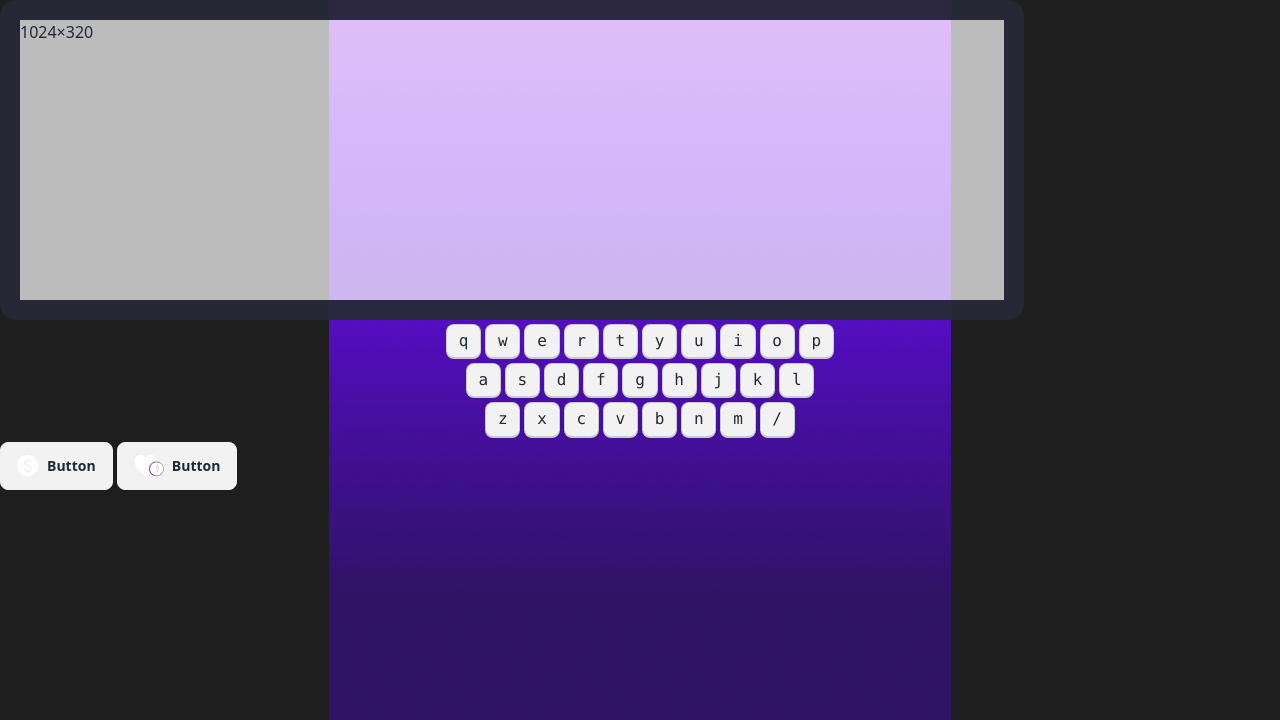
Repository: RudrasahaDibos/Alphabet-clash-
Page: index.html
An editor plug-in stored every save of this project. The page is shown before and after a run of saves, followed by the edit.
The browser window is 1280 px wide. The pictures show the whole page.
Some web fonts or font styles are not loaded; a fallback is used. Some web libraries are served in a nearby version.

Above is the page before, as saved 2024-11-04 12:19:15.

### index.html
<!DOCTYPE html>
<html lang="en">
    <head>
        <meta charset="UTF-8">
        <meta name="viewport" content="width=device-width, initial-scale=1.0">
        <title>Alphabet Clash</title>
        <!-- daisy apa -->
        <link
            href="https://cdn.jsdelivr.net/npm/daisyui@4.12.14/dist/full.min.css"
            rel="stylesheet" type="text/css" />
        <script src="https://cdn.tailwindcss.com"></script>

        <!-- custom css  -->
        <link rel="stylesheet" href="style.css">

    </head>
    <body>
        <main
            class="bg-[#1E1E1E] min-h-screen bg-[url(images/background.png)] bg-no-repeat bg-center ">
            <!-- home screen  start here -->
            <section class="min-h-screen flex justify-center items-center hidden">
                <div class="flex flex-col justify-center items-center gap-10 ">
                    <h1
                        class="text-white text-8xl font-extrabold anton-sc-regular uppercase ">ALPHABET
                        CLASH</h1>
                    <p class="text-white ">Unleash Your Keyboard Kung Fu : Press
                        “Enter” to Play</p>
                    <button class="btn bg-white text-black">Play Now </button>
                </div>
            </section>
            <!-- home screen end here -->
            <!-- midlle screen start here -->
            <section>
                    <!-- display screen start here -->
                    <div class="artboard artboard-horizontal phone-6 border-[20px] border-[#010313CC] bg-[#FFFFFFB3] rounded-2xl">
                        1024×320
                    </div>
                     <!-- dispaly screen end here -->

                     <!-- keyboard start here  -->
                               <div>
                                <div class="my-1 flex w-full justify-center gap-1">
                                    <kbd class="kbd">q</kbd>
                                    <kbd class="kbd">w</kbd>
                                    <kbd class="kbd">e</kbd>
                                    <kbd class="kbd">r</kbd>
                                    <kbd class="kbd">t</kbd>
                                    <kbd class="kbd">y</kbd>
                                    <kbd class="kbd">u</kbd>
                                    <kbd class="kbd">i</kbd>
                                    <kbd class="kbd">o</kbd>
                                    <kbd class="kbd">p</kbd>
                                  </div>
                                  <div class="my-1 flex w-full justify-center gap-1">
                                    <kbd class="kbd">a</kbd>
                                    <kbd class="kbd">s</kbd>
                                    <kbd class="kbd">d</kbd>
                                    <kbd class="kbd">f</kbd>
                                    <kbd class="kbd">g</kbd>
                                    <kbd class="kbd">h</kbd>
                                    <kbd class="kbd">j</kbd>
                                    <kbd class="kbd">k</kbd>
                                    <kbd class="kbd">l</kbd>
                                  </div>
                                  <div class="my-1 flex w-full justify-center gap-1">
                                    <kbd class="kbd">z</kbd>
                                    <kbd class="kbd">x</kbd>
                                    <kbd class="kbd">c</kbd>
                                    <kbd class="kbd">v</kbd>
                                    <kbd class="kbd">b</kbd>
                                    <kbd class="kbd">n</kbd>
                                    <kbd class="kbd">m</kbd>
                                    <kbd class="kbd">/</kbd>
                                  </div>
                               </div>
                      <!-- keyboard end here -->

                      <!-- life and scrore button here -->
                               <div>
                                <button class="btn">
                                      <img src="images/love.svg" alt="">
                                    Button
                                  </button>

                                  <button class="btn">
                                    <img src="images/dolar.svg" alt="">
                                    Button
                                  </button>
                               </div>
                      <!-- life and scrore button end here -->
            </section>
            <!-- midlle screen end here -->
             <!-- last screen start here -->
            <section>

            </section>
            <!-- last screen end here -->
        </main>
    </body>
</html>

### style.css


@import url('https://fonts.googleapis.com/css2?family=Anton+SC&family=Manrope:wght@200..800&display=swap');


.font-manrope {
    font-family: "Manrope", serif;
  }

  .anton-sc-regular {
    font-family: "Anton SC", sans-serif;
  }

After the next 2 saves:
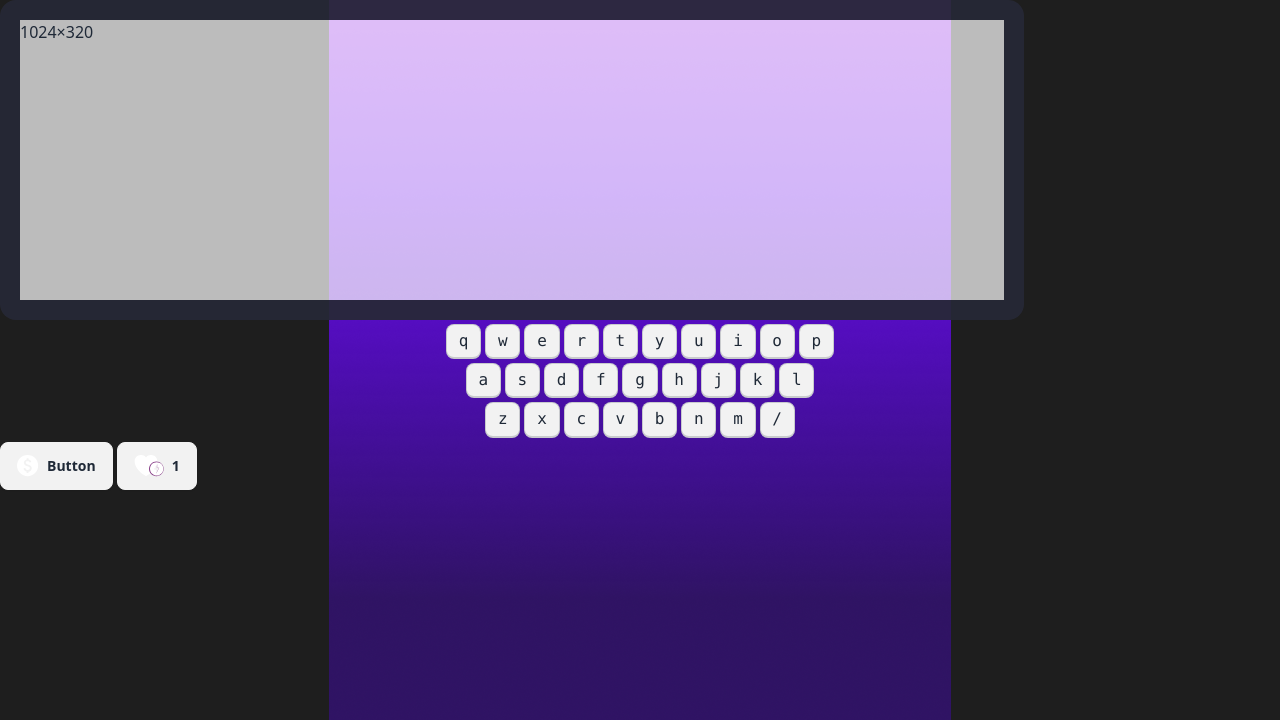
The 2 saves are shown as one change because they came seconds apart.
The last was saved 25 s later.
--- a/index.html
+++ b/index.html
@@ -84,7 +84,7 @@
 
                                   <button class="btn">
                                     <img src="images/dolar.svg" alt="">
-                                    Button
+                                    <span>1</span>
                                   </button>
                                </div>
                       <!-- life and scrore button end here -->
